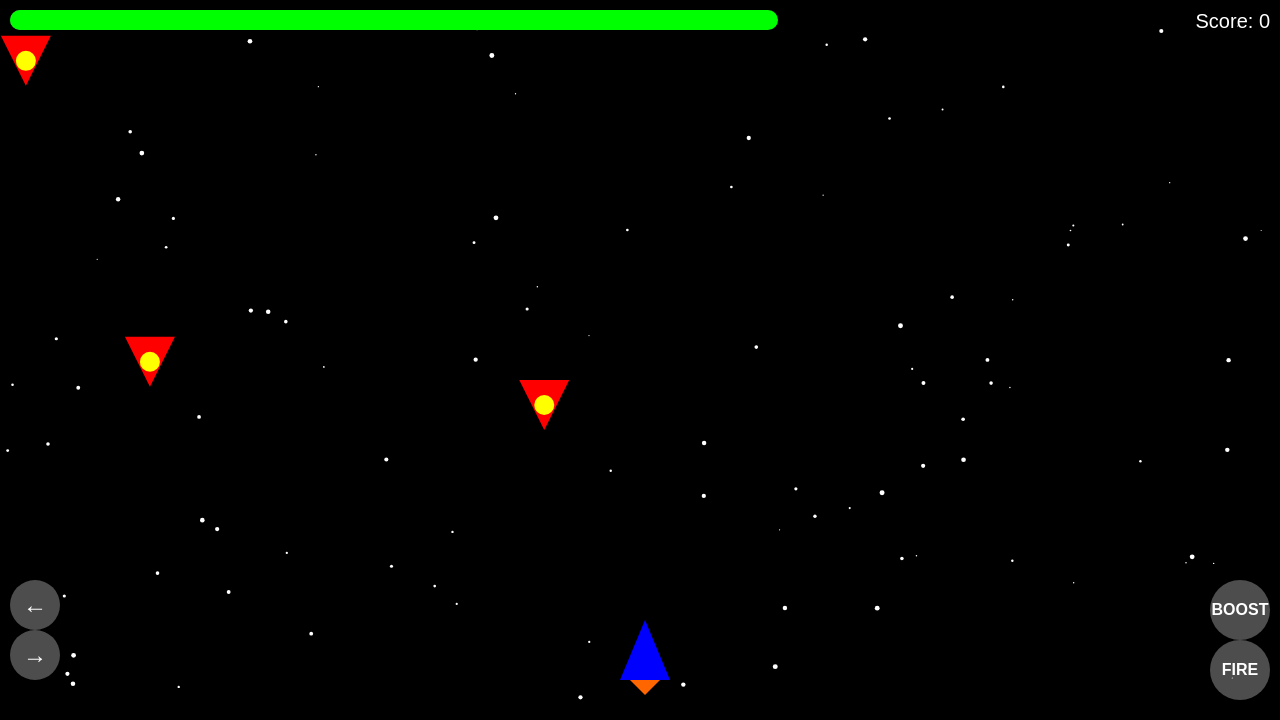
Repository: BiranOrundas/space-shooter
Page: space-shooter.html
An editor plug-in stored every save of this project. The page is shown before and after the next save, followed by the edit.
The browser window is 1280 px wide. The pictures show the whole page.

Above is the page before, as saved 2025-03-13 13:53:20.
Console error: TypeError: Cannot read properties of null (reading 'style')

After the next save:
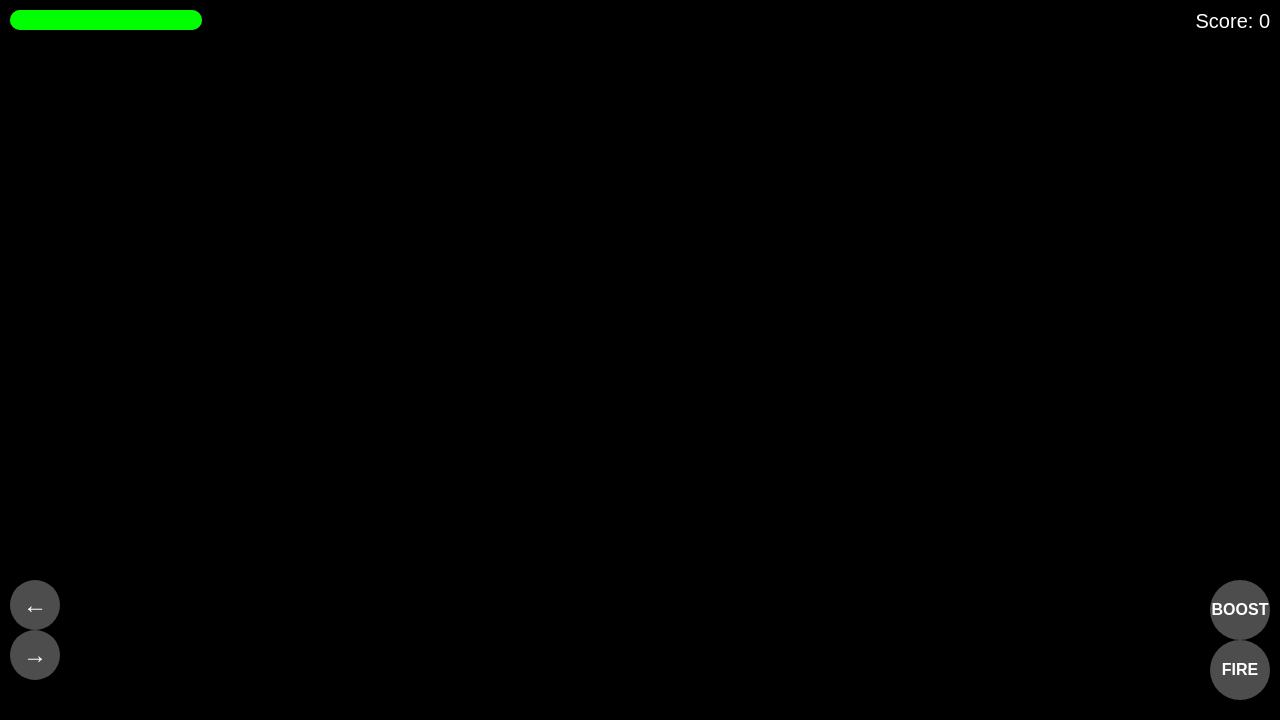
Console error: SyntaxError: Unexpected token ';'
Saved 90 s later.
--- a/space-shooter.html
+++ b/space-shooter.html
@@ -187,14 +187,12 @@
       lastShot: 0
     };
 
-   space =  document.getElementById("body");
+    space =  document.getElementById("body");
 
 function day(){
 
-    setTimeout(() => (
-
-    space.style.backgroundColor = "white"
-
+    setTimeout((newColor) => (
+    space.style.backgroundColor = newColor;
     ), 1000)
 
 }

After the 2 saves that followed:
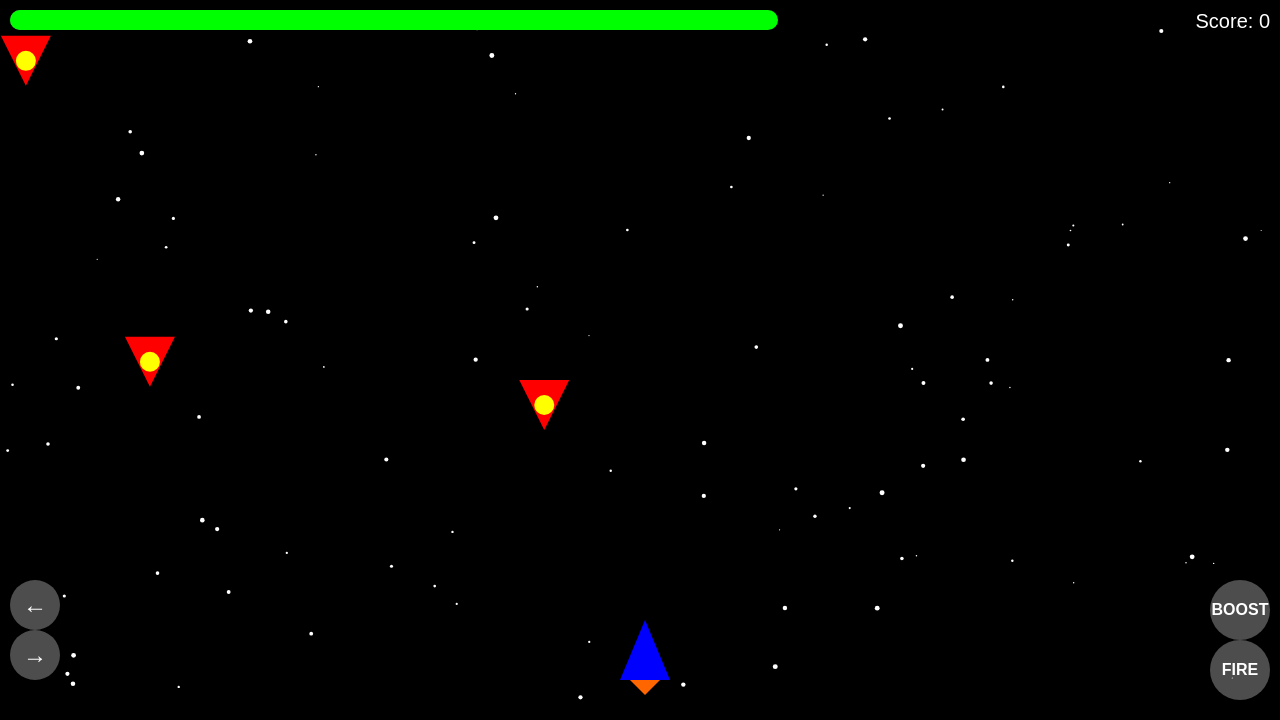
Console error: TypeError: Cannot read properties of null (reading 'style')
The 2 saves are shown as one change because 1 left the picture as it was.
The last was saved 28 s later.
--- a/space-shooter.html
+++ b/space-shooter.html
@@ -188,11 +188,11 @@
     };
 
     space =  document.getElementById("body");
-
+    newColor = "#555555";
 function day(){
 
     setTimeout((newColor) => (
-    space.style.backgroundColor = newColor;
+    space.style.backgroundColor = newColor
     ), 1000)
 
 }
